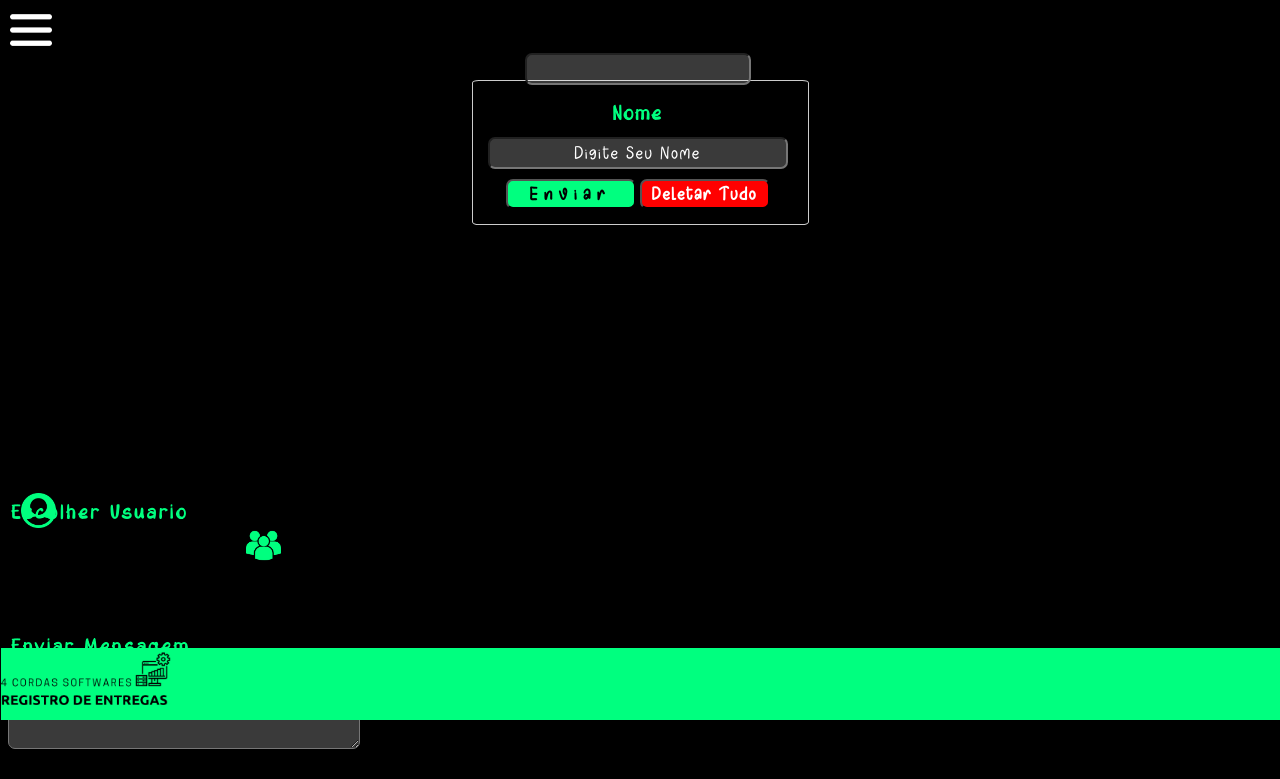
Repository: alfredo-allan/relatorioentregas
Page: pages/chatapp.html
An editor plug-in stored every save of this project. The page is shown before and after a run of saves, followed by the edit.
The browser window is 1280 px wide. The pictures show the whole page.
The page's requests for data from a server got no answer.

Above is the page before, as saved 2024-05-16 22:11:57.
Console error: TypeError: Cannot read properties of null (reading 'addEventListener')

### pages/chatapp.html
<!DOCTYPE html>
<html lang="pt-BR">
  <head>
    <meta charset="UTF-8" />
    <meta name="viewport" content="width=device-width, initial-scale=1.0" />
    <link rel="stylesheet" href="../style/mediaqueries.css" />
    <link rel="stylesheet" href="../style/styles.css" />
    <style>
      @media screen and (min-width: 800px) and (max-width: 2050px) {
        footer img {
          width: 170px;
          height: 60px;
        }
        /* Outros estilos específicos para resoluções entre 1900px e 3090px */
      }
      * {
        padding: 0;
      }

      footer {
        position: fixed;
        bottom: 0;
        width: 100%;
        background-color: #00ff7f;
        margin: 0;
        padding: 0;
        margin-left: -7px;
      }
      @media screen and (min-width: 300px) and (max-width: 600px) {
        footer {
          height: 6vh;
        }
      }

      @media screen and (min-width: 800px) and (max-width: 2050px) {
        #menu-options img {
          width: 206px;
          position: relative;
          margin: 13px;
          margin-top: -44px;
          border-bottom: 1px solid black; /* Adiciona uma linha preta na parte inferior da imagem */
        }
        #menu-options {
          width: 25%;
          height: 54vh;
        }
        footer {
          position: fixed;
          bottom: 0;
          width: 100%;
          background-color: #00ff7f;
          margin: 0;
          padding: 0;
          margin-left: -7px;
        }
      }
    </style>
    <link rel="icon" type="image/x-icon" href="../favicon.ico" />
    <title>ChatApp</title>
  </head>
  <body>
    <header id="ChatApp">
      <img id="menu-icon" src="../img/barra-de-menu.png" alt="" />
      <div id="menu-options">
        <ul>
          <span
            id="close-icon"
            style="
              color: black;
              position: absolute;
              line-height: 0;
              font-size: 30px;
              margin-top: -20px;
              cursor: pointer;
            "
            >X</span
          >
          <img src="../img/4 cordassof.png" alt="" />
          <br />
          <a href="../index.html"><li>Home</li></a>
          <a href="../cdsentregas.html"><li>Registrar Entrega</li></a>
          <a href="../pages/apagar.html"><li>Apagar Entrega</li></a>
          <a href="../pages/consultar.html"><li>Consultar Entregas</li></a>
          <a href="../pages/registrar.html"><li>Registar-Se</li></a>
          <a href="../pages/sobre.html"><li>Sobre a 4cordas</li></a>
          <a href="../pages/instrucao.html"><li>Ajuda</li></a>
        </ul>
      </div>
      <!-- <h1 id="textchat">Chat Entregas</h1> -->
      <!-- <img id="imgchat" src="../img/bater-papo.png" alt="" /> -->
    </header>
    <div id="myModal" class="modal">
      <div class="modal-content">
        <span class="close">&times;</span>
        <p>Mensagem Enviada Com Sucesso!</p>
      </div>
    </div>
    <div id="form">
      <div id="consulta" class="column">
        <span>Nome</span>
        <input id="nomeusuario" type="text" placeholder="Digite Seu Nome" />

        <input id="lstUsu" type="text" />

        <div id="btns">
          <button id="enviarmsg">Enviar</button>
          <button id="delMsg">Deletar Tudo</button>
        </div>
      </div>
    </div>
    <div id="login">
      <br />
      <img id="utlizador" src="../img/do-utilizador.png" alt="" />
    </div>
    <span>Escolher Usuário</span>
    <ul></ul>
    <div id="usuarios"></div>
    <img id="multiUsu" src="../img/silhueta-de-multiplos-usuarios.png" alt="" />
    <br />
    <div id="msgEnviar">
      <span>Enviar Mensagem</span> <br />
      <textarea
        placeholder="Enviar Menssagem Para Quem ?"
        id="enviarMsg"
        type="text"
      ></textarea>

      <!-- <img id="imgEnviarmsg" src="../img/enviar-mensagem.png" alt="" /> -->
    </div>
    <footer>
      <img src="../img/4 cordassof.png" alt="" />
    </footer>
    <script>
      const inputNomeUsuario = document.getElementById("nomeusuario");

      inputNomeUsuario.addEventListener("input", () => {
        const nomeUsuario = inputNomeUsuario.value;

        fetch(`http://192.168.10.20:8033/usuarios/${nomeUsuario}`)
          .then((response) => {
            if (response.ok) {
              return response.json();
            } else {
              throw new Error("Usuário não encontrado");
            }
          })
          .then((data) => {
            console.log("Usuário encontrado:", data);
          })
          .catch((error) => {
            console.error("Erro:", error);
          });
      });
    </script>

    // Adicione este script abaixo do botão 'Selecionar' no seu HTML

    <script>
      const buttonSelecionar = document.getElementById("ctsUsu");

      buttonSelecionar.addEventListener("click", () => {
        const nomeUsuario = document.getElementById("lstUsu").value;

        fetch(`http://192.168.10.20:8033/usuarios/${nomeUsuario}`)
          .then((response) => {
            if (response.ok) {
              return response.json();
            } else {
              throw new Error("Usuário não encontrado");
            }
          })
          .then((data) => {
            console.log("Destinatário encontrado:", data);
          })
          .catch((error) => {
            console.error("Erro:", error);
          });
      });
    </script>

    // Adicione este script abaixo do botão 'Enviar' no seu HTML

    <script>
      const buttonEnviar = document.getElementById("enviarmsg");

      buttonEnviar.addEventListener("click", () => {
        const sender = document.getElementById("nomeusuario").value;
        const recipient = document.getElementById("lstUsu").value;
        const message = document.getElementById("enviarMsg").value;

        fetch("http://192.168.10.20:8033/enviar-mensagem", {
          method: "POST",
          headers: {
            "Content-Type": "application/json",
          },
          body: JSON.stringify({
            sender_username: sender,
            recipient_username: recipient,
            message: message,
          }),
        })
          .then((response) => {
            if (response.ok) {
              console.log("Mensagem enviada com sucesso");
            } else {
              throw new Error("Erro ao enviar mensagem");
            }
          })
          .catch((error) => {
            console.error("Erro:", error);
          });
      });
    </script>
    <script>
      let isTyping = false;

      // Função para verificar se o usuário está digitando
      function checkTyping() {
        const inputField = document.getElementById("enviarMsg");
        inputField.addEventListener("input", () => {
          isTyping = inputField.value.length > 0;
        });
      }

      function monitorNewMessages() {
        const nomeUsuario = document.getElementById("nomeusuario").value;

        // Lógica para buscar novas mensagens do servidor e inserir no campo msgEnviar
        fetch(`http://192.168.10.20:8033/mensagens/${nomeUsuario}`)
          .then((response) => {
            if (response.ok) {
              return response.json();
            } else {
              throw new Error("Erro ao buscar novas mensagens");
            }
          })
          .then((data) => {
            const messages = data; // Não precisamos acessar data.messages, pois a resposta do servidor já é uma lista de mensagens
            const msgEnviar = document.getElementById("msgEnviar");
            msgEnviar.innerHTML = ""; // Limpar mensagens antigas antes de adicionar as novas

            messages.forEach((message) => {
              const p = document.createElement("p");
              p.textContent = message.message; // A mensagem está no campo "message" do objeto de mensagem
              msgEnviar.appendChild(p);
            });
          })
          .catch((error) => {
            console.error("Erro ao buscar novas mensagens:", error);
          });
      }

      document.addEventListener("DOMContentLoaded", () => {
        monitorNewMessages();
      });

      // Adicionar esta função para limpar o campo de entrada após o envio de mensagem
      function limparCampoDeMensagem() {
        document.getElementById("enviarMsg").value = "";
      }
    </script>
    <script src="../script.js"></script>
  </body>
</html>

### style/mediaqueries.css
@media screen and (min-width: 300px) and (max-width: 600px) {
  footer {
    bottom: 0;
    img {
      display: none;
    }
    /* Outros estilos específicos para resoluções entre 1900px e 3090px */
  }

  @media screen and (min-width: 800px) and (max-width: 2050px) {
    footer img {
      width: 170px;
      height: 60px;
    }
  }
}

  @media screen and (min-width: 800px) and (max-width: 2050px) {
    #close-icon {
      margin-left: 250px;
    }
  }


@media screen and (min-width: 300px) and (max-width: 600px) {
  footer {
    height: 6vh;
    margin: 0;
    padding: 0;
    margin-top: 174px;
    position: absolute;
    width: 100%;
    margin-left: -7px;
  }
  #menu-options img {
    margin-top: -40px;
    border-bottom: 1px solid black; /* Adiciona uma linha preta na parte inferior da imagem */
    width: 210px;
  }
  #close-icon {
    margin-left: 224px;
  }
}

### style/styles.css
:root {
  --las-americas: "Las-americas", sans-serif;
  --gribble-font: "Gribble";
  --helootwuins-font: "HelooTwuins";
  --verde--color: #00ff7f;
}

body {
  background-color: black;
}

@font-face {
  font-family: "Las-americas";
  src: url("../fonts/las_americas/LasAmericas_PERSONAL_USE_ONLY.otf")
    format("truetype");
  /* Adicione mais formatos (e.g. woff, woff2) conforme necessário */
}

@font-face {
  font-family: "Gribble";
  src: url("../fonts/gribble/Gribble.ttf") format("truetype");
  /* Adicione mais formatos (e.g. woff, woff2) conforme necessário */
}

@font-face {
  font-family: "HelooTwuins";
  src: url("../fonts/hello_twins/HelloTwinsDEMO.otf") format("truetype");
  /* Adicione mais formatos (e.g. woff, woff2) conforme necessário */
}

header {
  img {
    width: 42px;
    margin-right: 14px;
    text-wrap: nowrap;
  }
}

footer {
  width: 100%;
  height: 10vh;
  background-color: #00ff7f;
  margin: 0;
  padding: 0;
}

img #menu-icon {
  margin-right: 20px;
  margin-left: -1%;
}

#text-top {
  text-align: center;
  font-family: var(--las-americas);
  color: white;
  letter-spacing: 1.2px;
  margin-top: 30px;
  font-size: 40px;
}

#delivery {
  color: red;
  font-family: var(--gribble-font);
  letter-spacing: 3px;
  font-size: 25px;
  font-weight: 900;
  color: var(--verde--color);
}

.column {
  display: flex;
  flex-direction: column;
  align-items: center;
  padding: 10px 20px 15px 15px;
  border: 1px solid #ccc;
  border-radius: 2%;
  width: 300px;
  margin: 0 auto;
  margin-top: -100px;
}

#form {
  border-radius: 2%;
  margin-top: 110px;
  margin-bottom: 250px;
  span {
    color: #00ff7f;
    font-family: var(--gribble-font);
    font-size: 20px;
    letter-spacing: 2px;
    font-weight: 600;
  }
}

input {
  text-align: center;
  margin-bottom: 5px;
  padding: 5px;
  width: 100%;
  box-sizing: border-box;
  font-weight: 600;
  margin-bottom: 10px;
  background-color: rgba(255, 255, 255, 0.226);
  color: white;
  font-family: var(--helootwuins-font);
  letter-spacing: 2px;
  font-size: 18px;
  border-radius: 7px;
}

input::placeholder {
  text-align: center;
  color: white;
  font-family: var(--helootwuins-font);
  font-weight: 400;
  font-size: 18px;
}

button {
  width: 130px;
  height: 30px;
  border-radius: 2%;
  background-color: var(--verde--color);
  font-family: var(--helootwuins-font);
  font-size: 18px;
  letter-spacing: 7px;
  font-weight: 900;
  border-radius: 7px;
}

#confirmButton {
  margin-left: 8px;
  margin-right: 20px;
}

#menu-icon {
  cursor: pointer;
  margin: 15px;
  margin-left: 2px;
  margin-top: 1px;
}

#menu-options {
  text-wrap: nowrap;
  display: none;
  position: absolute;
  top: 0;
  left: 0;
  margin-top: 0px;
  width: 70%;
  height: 70vh;
  background-color: #00ff7f;
  color: white;
  font-family: var(--gribble-font);
  font-weight: 900;
  border-bottom-right-radius: 10%;
  color: black;
  letter-spacing: 2px;
  z-index: 999;
  li {
    margin-top: 3px;
  }
}

a {
  text-decoration: none; /* Remove o sublinhado */
  color: black;
}

#menu-options ul {
  list-style: none;
  padding: 0;
  margin-left: 10px;
  font-size: 20px;
  margin-top: 40px;
}

#menu-options ul li {
  padding: 10px;
  /* margin: 10px; */
  text-wrap: nowrap;
  /* border-bottom: 1px solid white; */
}

#modal {
  background: black;
  text-align: center;
}

.modal {
  display: none; /* Escondido por padrão */
  position: fixed;
  z-index: 1;
  left: 0;
  top: 0;
  width: 100%;
  height: 100%;
  overflow: auto;
  background-color: rgba(0, 0, 0, 0.4);
}

.modal-content {
  background-color: #fefefe;
  margin: 15% auto;
  padding: 20px;
  border: 2px solid #888;
  width: 80%;
  border-radius: 10px;
  background-color: black;
  p {
    margin-top: 30px;
    text-align: left;
    text-wrap: nowrap;
    font-family: var(--gribble-font);
    letter-spacing: 3px;
    font-weight: 600;
    font-size: 20px;
    color: var(--verde--color);
  }
}

.close {
  color: #aaa;
  float: right;
  font-size: 28px;
  font-weight: bold;
}

.close:hover,
.close:focus {
  color: black;
  text-decoration: none;
  cursor: pointer;
}

#data-list {
  margin: 0 auto;
  left: 50%;
  transform: translateX(-50%);
  margin: 0 auto;
  left: 50%;
  top: 60%;
  transform: translate(-50%, -50%);
  /* border: 1px solid var(--cor-azul); */
  color: var(--verde--color);
  border-radius: 5px;
  height: 340px;
  overflow-y: auto;
  position: absolute;
  z-index: -1;
  margin-top: 110px;
  margin-left: 0px;
  width: 336px;
  list-style: none;
  .name {
    font-family: var(--helootwuins-font);
    font-weight: 900;
    font-size: 20px;
    letter-spacing: 1px;
  }
  .item {
    font-family: var(--helootwuins-font);
    font-weight: 500;
    font-size: 20px;
    color: white;
    letter-spacing: 1px;
  }
}

#data-list {
  width: 340px;
  height: 180px;
  overflow: auto;
  /* border: 1px solid black; */
  /* scrollbar-color: var(--verde--color) var(--verde--color); */
}

#data-list img {
  width: 25px;
  margin-left: 15px;
  margin-right: 0px;
}

#data-list::-webkit-scrollbar {
  width: 10px; /* Largura da barra de rolagem */
}

#data-list::-webkit-scrollbar-thumb {
  background-color: white; /* Cor da barra de rolagem */
  border-radius: 5px; /* Raio de borda da barra de rolagem */
}

#texto-descritivo {
  text-align: justify;
  margin-top: 200px;
  position: fixed;
  font-family: var(--luthier-font);
  letter-spacing: 3px;
  line-height: 2;
  margin-right: 8px;
  font-weight: 900;
  color: var(--verde--color);
}

.name {
  font-family: var(--gribble-font);
  font-weight: 900;
  font-size: 17px;
}
.item {
  font-family: var(--helootwuins-font);
  font-weight: 500;
  font-size: 15;
  color: white;
}

#textchat {
  font-family: var(--las-americas);
  color: white;
  letter-spacing: 10px;
  margin-left: 10px;
  font-size: 40px;
  margin-top: 6px;
}

#imgchat {
  width: 60px;
  position: absolute;
  margin-left: 295px;
  margin-top: -60px;
}

#message {
  input {
    width: 220px;
  }
}

#login {
  width: 226px;
  margin-top: 50px;
  input {
    font-family: var(--gribble-font);
    letter-spacing: 3px;
  }
}

span {
  color: var(--verde--color);
  font-family: var(--gribble-font);
  font-size: 20px;
  padding: 3px;
  line-height: 2;
  letter-spacing: 3px;
  font-weight: 900;
}

#msgInput {
  width: 220px;
  height: 80px;
  background-color: rgba(255, 255, 255, 0.226);
  border-radius: 7px;
  font-family: var(--helootwuins-font);
  font-size: 17px;
  letter-spacing: 3px;
  color: var(--verde--color);
  font-weight: 600;
}

#enviarMsg {
  width: 350px;
  height: 80px;
  background-color: rgba(255, 255, 255, 0.226);
  border-radius: 7px;
  font-family: var(--helootwuins-font);
  font-size: 17px;
  letter-spacing: 3px;
  color: white;
  font-weight: 600;
}

#msgEnviar {
  margin-top: 60px;
}

#enviarMsg {
  letter-spacing: 3px;
  outline: none;
  font-size: 20px;
}

/* #enviarmsg {
  margin-top: 93px;
  position: absolute;
  margin-left: -330px;
} */

#delMsg {
  letter-spacing: 2px;
  background-color: red;
  color: white;
}

#imgEnviarmsg {
  width: 35px;
  margin-left: 11px;
  position: absolute;
}

#textRegister {
  font-family: var(--las-americas);
  color: white;
  letter-spacing: 3px;
  margin-top: 10px;
  text-align: center;
  letter-spacing: 3px;
}

#lstUsu {
  width: 226px;
  position: absolute;
  margin-top: -38px;
}

input#lstUsu {
  font-family: var(--gribble-font);
  letter-spacing: 3px;
}

#ctsUsu {
  position: absolute;
  margin-left: 0px;
  margin-top: 0px;
  line-height: 1px;
}

#utlizador {
  position: fixed;
  width: 35px;
  margin-left: 13px;
}

#msgEntrada {
  width: 35px;
  position: absolute;
  margin-left: 13px;
}

#multiUsu {
  position: absolute;
  width: 35px;
  margin-left: 238px;
  margin-top: -34px;
  margin-top: -21px;
}

#close-icon {
  color: black;
  position: absolute;
  line-height: 0; font-size: 30px;
  margin-top: -20px; cursor: pointer;
}

### script.js
const menuIcon = document.getElementById("menu-icon");
const menuOptions = document.getElementById("menu-options");
const closeIcon = document.getElementById("close-icon");

menuIcon.addEventListener("click", function () {
  if (menuOptions.style.display === "none") {
    menuOptions.style.display = "block";
  } else {
    menuOptions.style.display = "none";
  }
});

closeIcon.addEventListener("click", function () {
  menuOptions.style.display = "none";
});

//input data pagina index e registro
document.getElementById("data-entrega").value = new Date()
  .toISOString()
  .slice(0, 10);
var currentDate = new Date().toISOString().slice(0, 10);
var formattedDate = currentDate.split("-").reverse().join("/");
document.getElementById("data-entrega").value = formattedDate;
document.getElementById("data-entrega").addEventListener("input", formatarData);

After the next 4 saves:
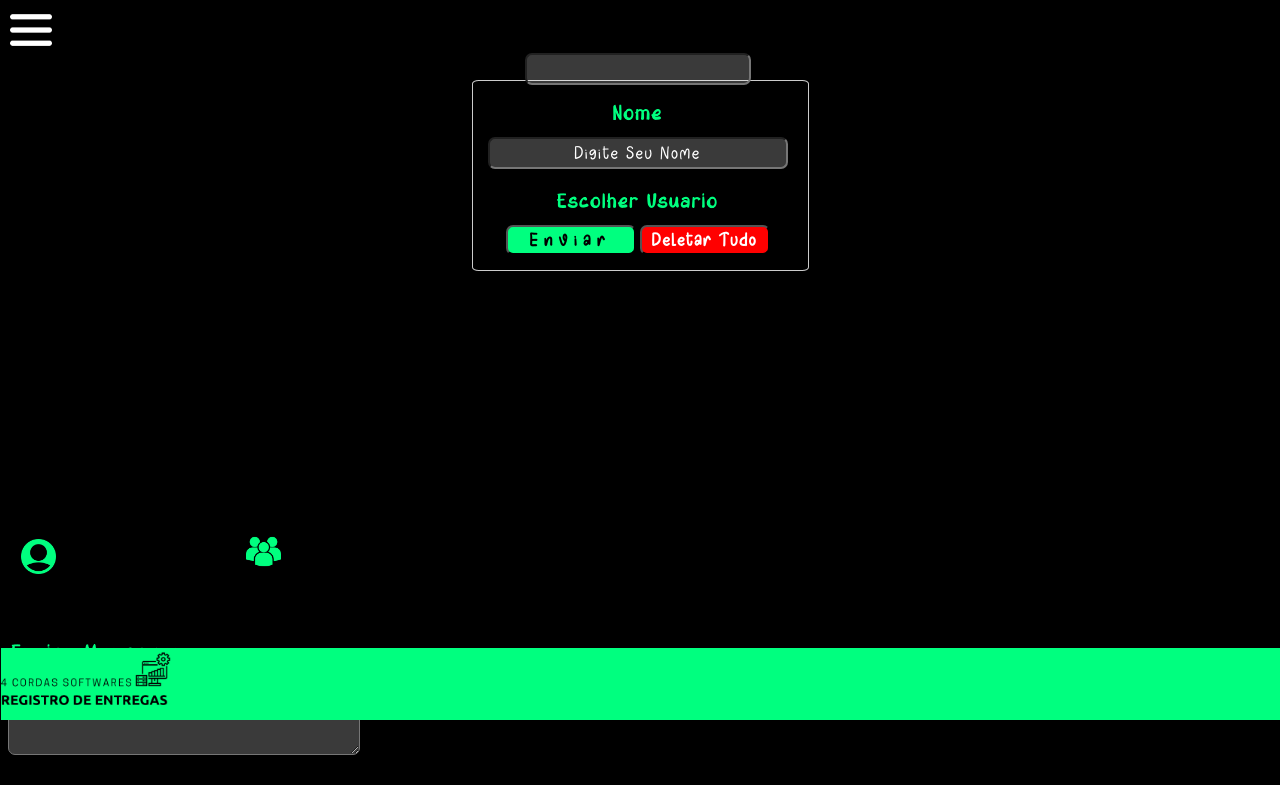
The 4 saves are shown as one change because they came seconds apart.
The last was saved 13 s later.
--- a/pages/chatapp.html
+++ b/pages/chatapp.html
@@ -99,7 +99,7 @@
       <div id="consulta" class="column">
         <span>Nome</span>
         <input id="nomeusuario" type="text" placeholder="Digite Seu Nome" />
-
+        <span>Escolher Usuário</span>
         <input id="lstUsu" type="text" />
 
         <div id="btns">
@@ -112,7 +112,6 @@
       <br />
       <img id="utlizador" src="../img/do-utilizador.png" alt="" />
     </div>
-    <span>Escolher Usuário</span>
     <ul></ul>
     <div id="usuarios"></div>
     <img id="multiUsu" src="../img/silhueta-de-multiplos-usuarios.png" alt="" />
